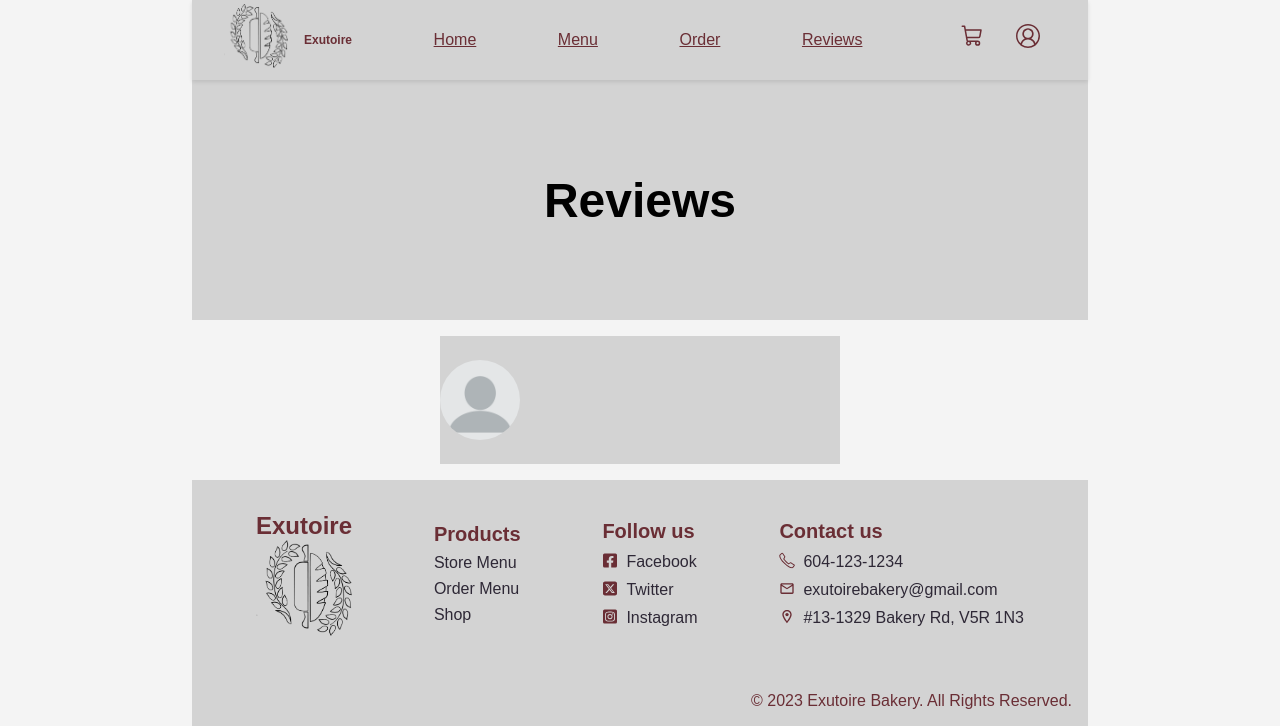
Repository: MelissaJacobi/COMP3170-final-proj
Page: /Reviews
These files come from the project's save history. The page is drawn as it stood at one moment and after the next save; the edit follows.
The browser window is 1280 px wide. The pictures show the whole page.
The project was rebuilt for these pictures with package versions that can differ from the ones it lists, and the page was loaded fresh each time. Also part of the build but not shown: vite.config.js, src/pages/ShoppingCart.module.css, src/components/ShoppingCartCard.module.css, src/components/ShoppingCartCard.jsx, src/components/OrderTotal.jsx, src/pages/ShoppingCart.jsx, src/pages/Profile.module.css, src/pages/Profile.jsx and 32 more.

Above is the page before, as saved 2024-10-19 19:10:31.

### src/main.jsx
import { StrictMode } from 'react'
import { createRoot } from 'react-dom/client'
import App from './App.jsx'
import './index.css'

const rootElement = document.getElementById('root');
if (rootElement) {
  createRoot(rootElement).render(
    <StrictMode>
      <App />
    </StrictMode>
  );
}

### src/App.jsx
import { BrowserRouter as Router, Routes, Route } from 'react-router-dom';
import styles from './App.module.css';
import Header from './components/Header';
import Footer from './components/Footer';
import Home from './pages/Home';
import Menu from './pages/menu';
import Bread from './pages/Bread';
import Pastries from './pages/Pastries';
import Cakes from './pages/Cakes';
import Drinks from './pages/Drinks';
import Seasonal from './pages/Seasonal';
import OrderPickUp from './pages/OrderPickUp';
import OrderDelivery from './pages/OrderDelivery';
import ShoppingCart from './pages/ShoppingCart';
import Profile from './pages/Profile';
import Reviews from './pages/reviews';

function App() {
  return (
    <Router>
      <div className={styles.appContainer}>
        <Header />
        <Routes>
          <Route path="/" element={<Home />} />
          <Route path="/menu" element={<Menu />} />
          <Route path="/menu/bread" element={<Bread />} />
          <Route path="/menu/pastries" element={<Pastries />} />
          <Route path="/menu/cakes" element={<Cakes />} />
          <Route path="/menu/drinks" element={<Drinks />} />
          <Route path="/menu/seasonal" element={<Seasonal />} />
          <Route path="/orderpickup" element={<OrderPickUp />} />
          <Route path="/orderdelivery" element={<OrderDelivery />} />
          <Route path="/shoppingcart" element={<ShoppingCart/>}/>
          <Route path="/profile" element={<Profile />}/>
          <Route path="/Reviews" element={<Reviews />}/>
        </Routes>
        <Footer />
      </div>
    </Router>
  );
}

export default App;

### src/index.css
* {
  margin: 0;
  padding: 0;
  box-sizing: border-box;
}

body {
  font-family: Arial, sans-serif;
  line-height: 1.6;
  background-color: #f4f4f4;
}

:root {
  --primary-color: lightgrey;
  --secondary-color: lightblue;
  --accent-color: #6A2E35;
  --background-color: white;
  --text-color: #2E2836;
}

### src/App.module.css
.appContainer {
    width: 70%;
    height: 100%;
    margin: auto;
}

### src/components/Header.jsx
// Header.tsx
import { Link, Route, Router, Routes } from 'react-router-dom';
import styles from './Header.module.css';
import logo from "../assets/images/logo.png";
import { PiShoppingCart } from "react-icons/pi";
import { VscAccount } from "react-icons/vsc";
import OverallCart from '../pages/ShoppingCart';
import Profile from '../pages/Profile';

export default function Header() {
  return (
    <div className={styles.container}>
      <div>
        <Link to ="/"><img src={logo} alt="Logo" className={styles.logo} /></Link>
        <p className={styles.siteTitle}>Exutoire</p>
      </div>
      <Link to="/" className={styles.links}>Home</Link>
      <Link to="/Menu" className={styles.links}>Menu</Link>
      <Link to="/OrderPickUp" className={styles.links}>Order</Link>
      <Link to="/Reviews" className={styles.links}>Reviews</Link>
      <div>
        <Link to="/ShoppingCart">
          <PiShoppingCart className={styles.icon} />
        </Link>
        <Link to="/Profile">
          <VscAccount className={styles.icon} />
        </Link>
      </div>
    </div>
  );
}

### src/components/Footer.tsx
import logo from "../assets/images/logo.png"
import styles from "./Footer.module.css"
import { FaFacebookSquare } from "react-icons/fa";
import { FaSquareXTwitter } from "react-icons/fa6";
import { FaInstagramSquare } from "react-icons/fa";
import { SlPhone } from "react-icons/sl";
import { MdOutlineMailOutline } from "react-icons/md";
import { MdOutlineLocationOn } from "react-icons/md";

export default function Footer() {

  return (
    <>
      <div className={styles.container}>
        <div>
            <p className={styles.siteTitle}>Exutoire</p>
            <img src={logo} alt="Logo" className={styles.logo}/>
        </div>
        <ul>
          <p>Products</p>
          <li>Store Menu</li>
          <li>Order Menu</li>
          <li>Shop</li>
        </ul>
        <ul>
          <p>Follow us</p>
          <li><FaFacebookSquare className={styles.socialIcon}/>Facebook</li>
          <li><FaSquareXTwitter className={styles.socialIcon}/>Twitter</li>
          <li><FaInstagramSquare className={styles.socialIcon}/>Instagram</li>
        </ul>
        <ul>
          <p>Contact us</p>
          <li><SlPhone  className={styles.socialIcon}/>604-123-1234</li>
          <li><MdOutlineMailOutline className={styles.socialIcon}/>exutoirebakery@gmail.com</li>
          <li><MdOutlineLocationOn className={styles.socialIcon}/>#13-1329 Bakery Rd, V5R 1N3</li>
        </ul>
      </div>
      <p className={styles.copywrite}>© 2023 Exutoire Bakery.  All Rights Reserved.</p>
    </>
  )
}

### src/pages/reviews.jsx
import styles from "./Reviews.module.css"
import Review from "../components/Review";

export default function Reviews() {
    return (
      <div className={styles.container}>
        <div className={styles.banner}>
            <h1>Reviews</h1>
        </div>
        <div className={styles.reviews}>
            <Review />
        </div>

      </div>
    );
  }

### src/components/Header.module.css
.container {
    background-color: var(--primary-color);
    width: 100%;
    height: 5rem;
    display: flex;
    align-items: center;
    justify-content: space-between;
    padding: 2rem;
    position: sticky;
    top: 0;
    z-index: 1000;
    box-shadow: 0 2px 4px rgba(0, 0, 0, 0.1);
}

.logo {
    height: 4rem;
    width: 4rem;
}

.siteTitle {
    font-size: 12px;
    font-style: normal;
    font-weight: 700;
    line-height: normal;
    margin-left: 1rem;
    color: var(--accent-color)
}

.container div {
    display: flex;
    align-items: center;
}

.links {
    font-size: 16px;
    font-style: normal;
    font-weight: 400;
    line-height: normal;
    color: var(--accent-color)
}

.icon {
    height: 1.5rem;
    width: 1.5rem;
    margin: 1rem;
    color: var(--accent-color)
}

### src/components/Footer.module.css
.container {
    background-color: var(--primary-color);
    height: 100%;
    width: 100%;
    display: flex;
    flex-wrap: wrap;
    align-items: center;
    justify-content: space-between;
    padding: 2rem 4rem;
}

.container div{
    text-align: center;
}

.logo {
    width: 6rem;
    height: 6rem;
}

.siteTitle {
    font-size: 24px;
    font-style: normal;
    font-weight: 700;
    line-height: normal;
    color: var(--accent-color)
}

.container ul p {
    color: var(--accent-color);
    font-size: 20px;
    font-style: normal;
    font-weight: 700;
    line-height: normal;
}

.container ul li {
    font-size: 16px;
    font-style: normal;
    font-weight: 400;
    line-height: normal;
    margin: 0.5rem 0rem;
    padding: 0;
    list-style-type: none;
    color: var(--text-color)
}

.socialIcon {
    transform: translateY(0.1rem);
    color: var(--accent-color);
    margin-right: 0.5rem;
}

.copywrite {
    width: 100%;
    text-align: right;
    padding: 1rem;
    font-size: 16px;
    font-style: normal;
    font-weight: 400;
    line-height: normal;
    color: var(--accent-color);
    background-color: var(--primary-color);
}

### src/pages/Reviews.module.css
.container {
    width: 100%;
}

.banner {
    width: 100%;
    height: 15rem;
    display: flex;
    justify-content: center;
    align-items: center;
    background-color: var(--primary-color);
}

.container h1 {
    font-size: 48px;
    font-style: normal;
    font-weight: 700;
    line-height: normal;
}

.reviews {
    width: 100%;
    display: flex;
    justify-content: center;
    flex-wrap: wrap;
}

### src/components/Review.jsx
import styles from "./Review.module.css"
import profile from "../assets/images/profile.webp";

export default function Review() {
    return (
      <div className={styles.container}>
        <img src={profile} className={styles.profileImg} />
      </div>
    );
  }

### src/components/OrderTotal.module.css
.orderTotalContainer {
    display: flex;
    flex-direction: column;
    justify-content: flex-end;
    align-items: flex-end;
}

.subtotal, .tax, .grandTotal {
    display: flex;
    flex-direction: row;
    justify-content: space-around;
    width: 55%;
    margin: 0.5rem;
}

.grandTotal {
    font-size: 40px;
    font-weight: 300;
}

.line {
    background-color: #9a9a9a;
    height: 0.2rem;
    width: 55%;
}

.lineThin {
    background-color: #9a9a9a;
    height: 0.1rem;
    width: 55%;
}

.btns, Link {
    display: flex;
    justify-content: center;
    align-items: center;
    width: 30%;
    margin-bottom: 1rem;
}

.backBtn {
    background-color: inherit;
    color: #6A2E35;
}

.checkoutBtn {
    display: flex;
    justify-content: center;
    align-items: center;
    background-color: #6A2E35;
    height: 2.7rem;
    border-radius: 0;
}

### src/components/Review.module.css
.container {
    background-color: var(--primary-color);
    width: 25rem;
    height: 8rem;
    Margin: 1rem;
    display: flex;
    align-items: center;
}

.profileImg {
    width: 5rem;
    height: 5rem;
    border-radius: 50%;
}

Loaded but not shown: index.html (common file)

After the next save:
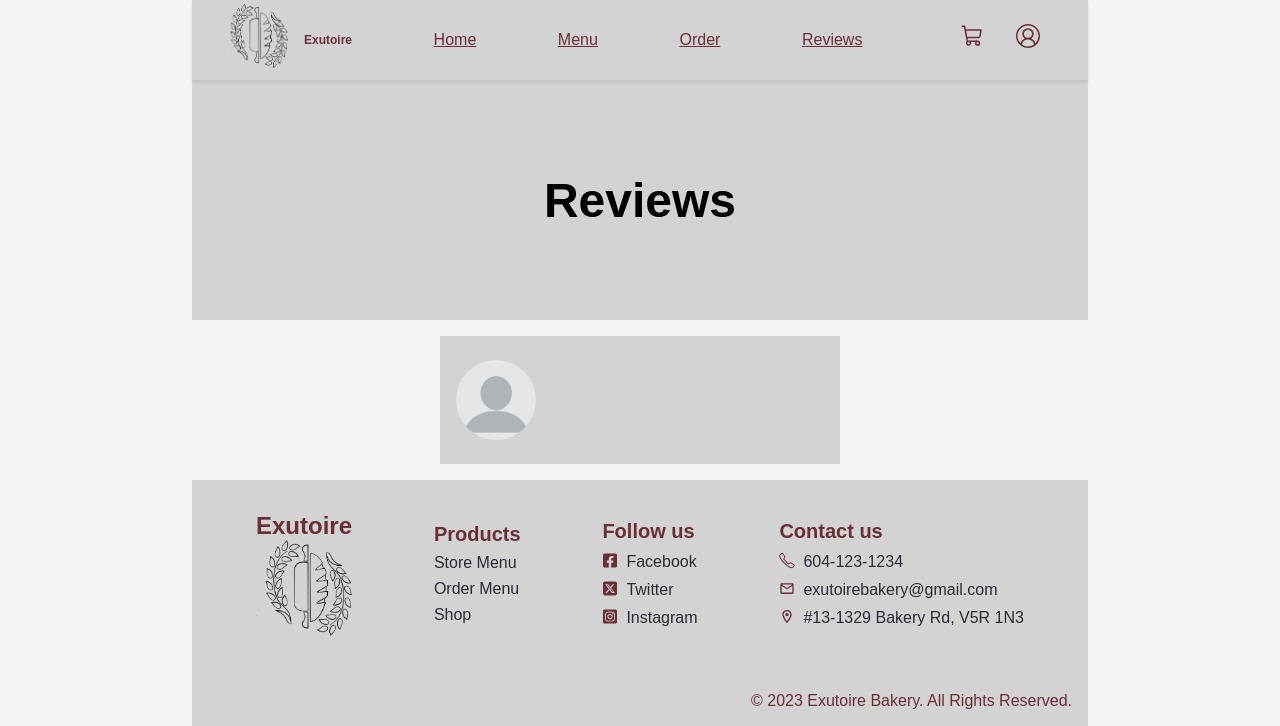
Saved 8 s later.
--- a/src/components/Review.module.css
+++ b/src/components/Review.module.css
@@ -11,4 +11,5 @@
     width: 5rem;
     height: 5rem;
     border-radius: 50%;
+    margin: 1rem
 }
